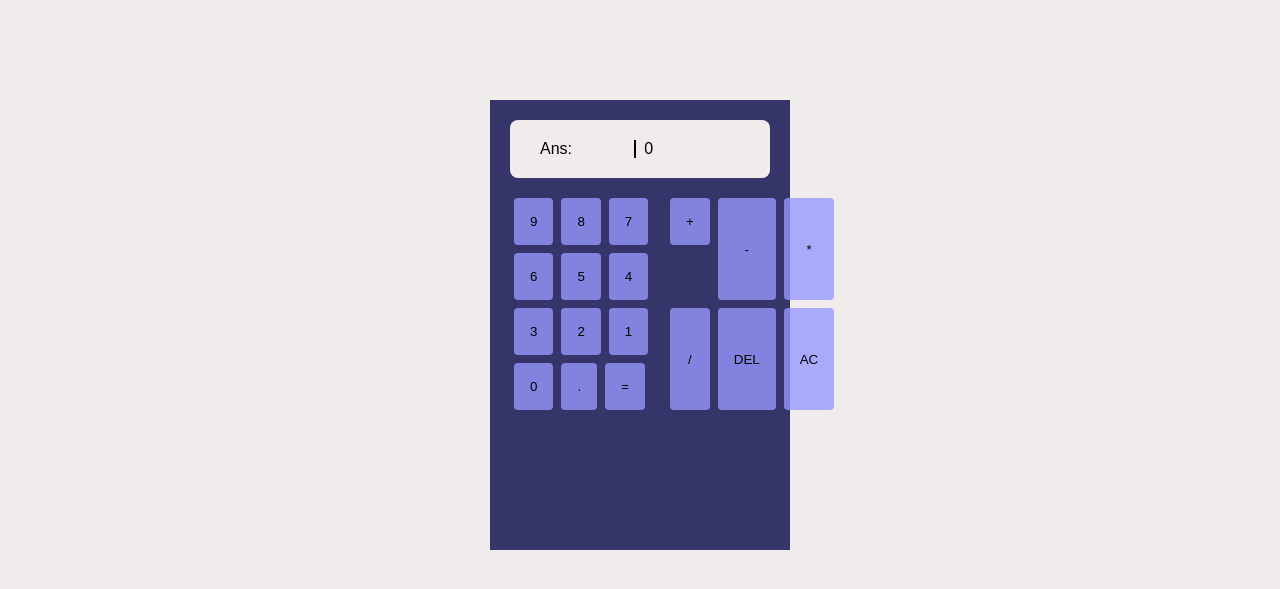
Repository: Bishek666/simple-calculator
Page: /
These files come from the project's save history. The page is drawn as it stood at one moment and after the next save; the edit follows.
The browser window is 1280 px wide. The pictures show the whole page.
The project was rebuilt for these pictures with package versions that can differ from the ones it lists, and the page was loaded fresh each time.

Above is the page before, as saved 2021-10-26 16:55:28.

### src/index.css
:root {
    --primary: #030546c9;
    --secondary: #9699ffc9;
    --dark: #0908088a;
    --light: rgb(240, 236, 236);
}

* {
    margin: 0;
    padding: 0;
    box-sizing: border-box;
    font-family: sans-serif;
}

body {
    background-color: var(--light);
}

button {
    display: inline-block;
    padding: 1rem;
    margin: 4px;
    background-color: var(--secondary);
    outline: none;
    border: transparent;
    border-radius: 4px;
    cursor: pointer;
}

.container-calculator {
    display: flex;
    flex-direction: column;
    align-items: start;
    justify-content: start;
    background-color: var(--primary);
    height: 450px;
    width: 300px;
    margin: 100px auto;
    padding: 20px;
}

.display-calculation {
    display: flex;
    justify-content: space-between;
    align-items: center;
    padding: 20px 30px;
    width: 100%;
    background-color: var(--light);
    border-radius: 8px;
    margin-bottom: 1rem;
}
.answer-area {
    width: 50%;
    border-right: 2px solid black;
    padding-right: 8px;
    margin-right: 8px;
}
.calculation-area {
    width: 50%;
}

.button-input {
    display: flex;
}

.digits {
    display: flex;
    flex-wrap: wrap;
    width: 60%;
}

.operators {
    display: grid;
    grid-template-columns: repeat(3, 1fr);
    width: 40%;
}

### src/App.js
import { useState } from 'react';

function App() {
    const [calc, setCalc] = useState('');
    const [result, setResult] = useState('');

    const ops = ['/', '*', '+', '-', '.'];

    const updateCalc = (value) => {
        if ((ops.includes(value) && calc && !result === '') || (ops.includes(value) && ops.includes(calc.slice(-1)) && !result === '')) {
            return;
        }
        setCalc(calc + value);

        if (!ops.includes(value)) {
            setResult(eval(calc + value).toString());
        }
    };

    const calculate = () => {
        if (calc) {
            setCalc(eval(calc).toString());
        }

        if (!result && !calc === '') {
            return;
        }
        if (result && !calc) {
            setCalc(result);
        }
    };

    const deleteLastValue = () => {
        if (calc === '') {
            return;
        }

        setCalc(calc.slice(0, -1));
    };

    const resetAll = () => {
        if (calc === '') {
            return;
        }

        setCalc('');
    };

    const addDigits = () => {
        const digits = [];

        for (let i = 1; i < 10; i++) {
            digits.unshift(
                <button onClick={() => updateCalc(i.toString())} key={i}>
                    {i}
                </button>
            );
        }

        return digits;
    };
    return (
        <div className='container-calculator'>
            <div className='display-calculation'>
                <div className='answer-area'>Ans:{result ? <span>({result})</span> : ''}</div>

                <div className='calculation-area'>{calc || '0'}</div>
            </div>
            <div className='button-input'>
                <div className='digits'>
                    {addDigits()}
                    <button onClick={() => updateCalc('0')}>0</button>
                    <button onClick={() => updateCalc('.')}>.</button>
                    <button onClick={calculate}>=</button>
                </div>
                <div className='operators'>
                    <div>
                        <button onClick={() => updateCalc('+')}>+</button>
                    </div>
                    <button onClick={() => updateCalc('-')}>-</button>
                    <button onClick={() => updateCalc('*')}>*</button>
                    <button onClick={() => updateCalc('/')}>/</button>
                    <button onClick={() => deleteLastValue()}>DEL</button>
                    <button onClick={() => resetAll()}>AC</button>
                </div>
            </div>
        </div>
    );
}

export default App;

Loaded but not shown: public/index.html (common file); src/index.js (common file)

After the next save:
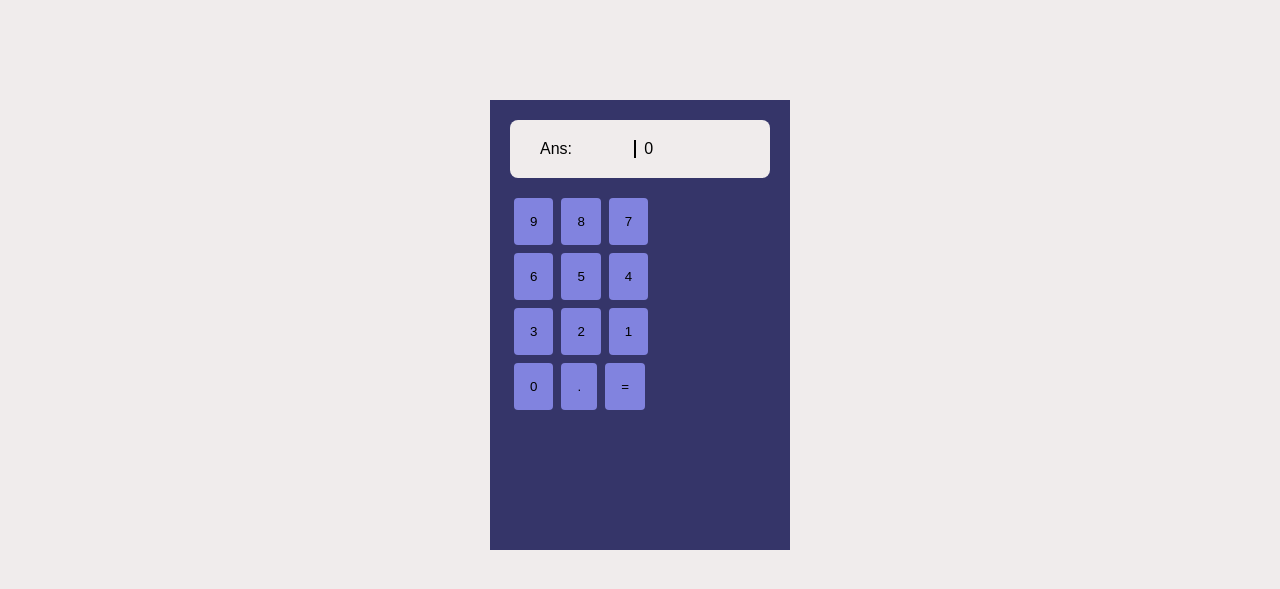
Saved 14 s later.
--- a/src/App.js
+++ b/src/App.js
@@ -73,7 +73,7 @@ function App() {
                     <button onClick={() => updateCalc('.')}>.</button>
                     <button onClick={calculate}>=</button>
                 </div>
-                <div className='operators'>
+                {/* <div className='operators'>
                     <div>
                         <button onClick={() => updateCalc('+')}>+</button>
                     </div>
@@ -82,7 +82,7 @@ function App() {
                     <button onClick={() => updateCalc('/')}>/</button>
                     <button onClick={() => deleteLastValue()}>DEL</button>
                     <button onClick={() => resetAll()}>AC</button>
-                </div>
+                </div> */}
             </div>
         </div>
     );
